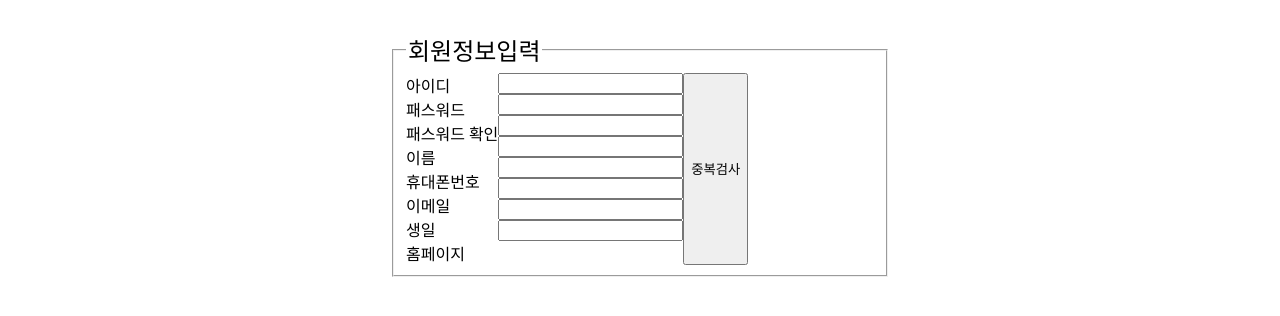
Repository: saysang22/servlet
Page: http://localhost/BookMarket/validationExample.jsp
The author's editor kept a copy of each file at every save. The page is drawn from the files as they stood at one save, then again after the next save.
The browser window is 1280 px wide. The pictures show the whole page.
The page is served by Tomcat 10.

Above is the page before, as saved 2024-05-31 07:53:29.

After the next save:
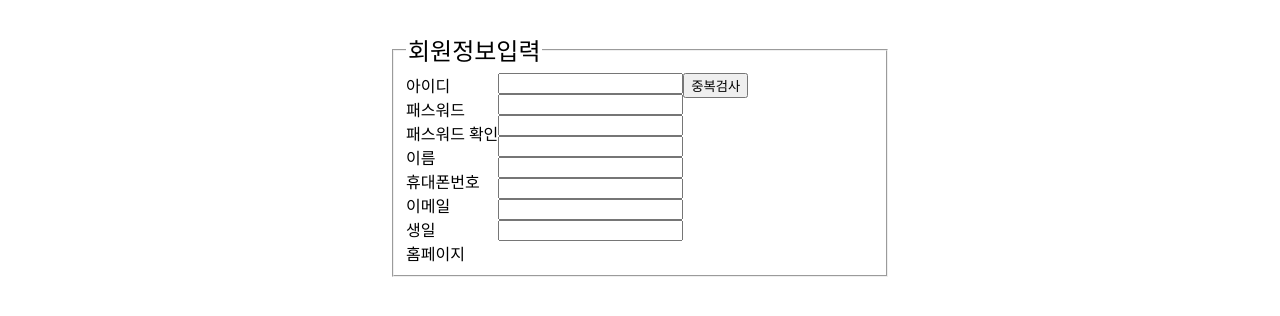
Saved 20 s later.
--- a/BookMarket/src/main/webapp/validationExample.jsp
+++ b/BookMarket/src/main/webapp/validationExample.jsp
@@ -32,7 +32,9 @@
 					<li><input type="text" name="birth"></li>
 					<li><input type="text" name="home"></li>
 				</ul>
-				<input type="button" value="중복검사">
+				<div>
+					<input type="button" value="중복검사">
+				</div>
 			</div>
 		</fieldset>
 	</form>
